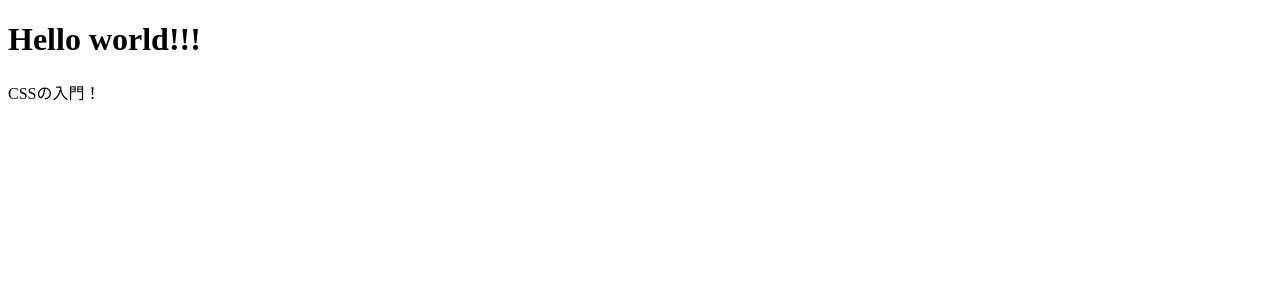
Repository: chokoimo/php-controller
Page: html/css_intro/index.html
The author's editor kept a record of every edit. The page is drawn from the files as they stood at one moment, then again after the next edit.
The browser window is 1280 px wide. The pictures show the whole page.

Above is the page before.

### html/css_intro/index.html
<!DOCTYPE HTML>
<html>
<head>
  <meta charset="UTF-8" />
  <title>tech boost</title>

  <style>

  </style>
  <link rel="stylesheet" href="css/style.css">
</head>
  <body>
    <h1>Hello world!!!</h1>
    <p>CSSの入門！</p>
  </body>
</html>

### html/css_intro/css/style.css
#title {
  color: red;
}

.description {
  color: blue;
}

After the next edit:
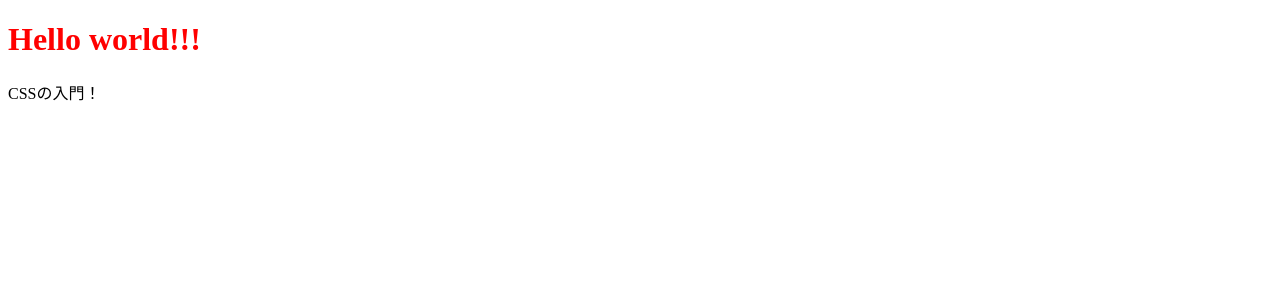
The edit:
--- a/html/css_intro/index.html
+++ b/html/css_intro/index.html
@@ -10,7 +10,7 @@
   <link rel="stylesheet" href="css/style.css">
 </head>
   <body>
-    <h1>Hello world!!!</h1>
+    <h1 id="title">Hello world!!!</h1>
     <p>CSSの入門！</p>
   </body>
 </html>
